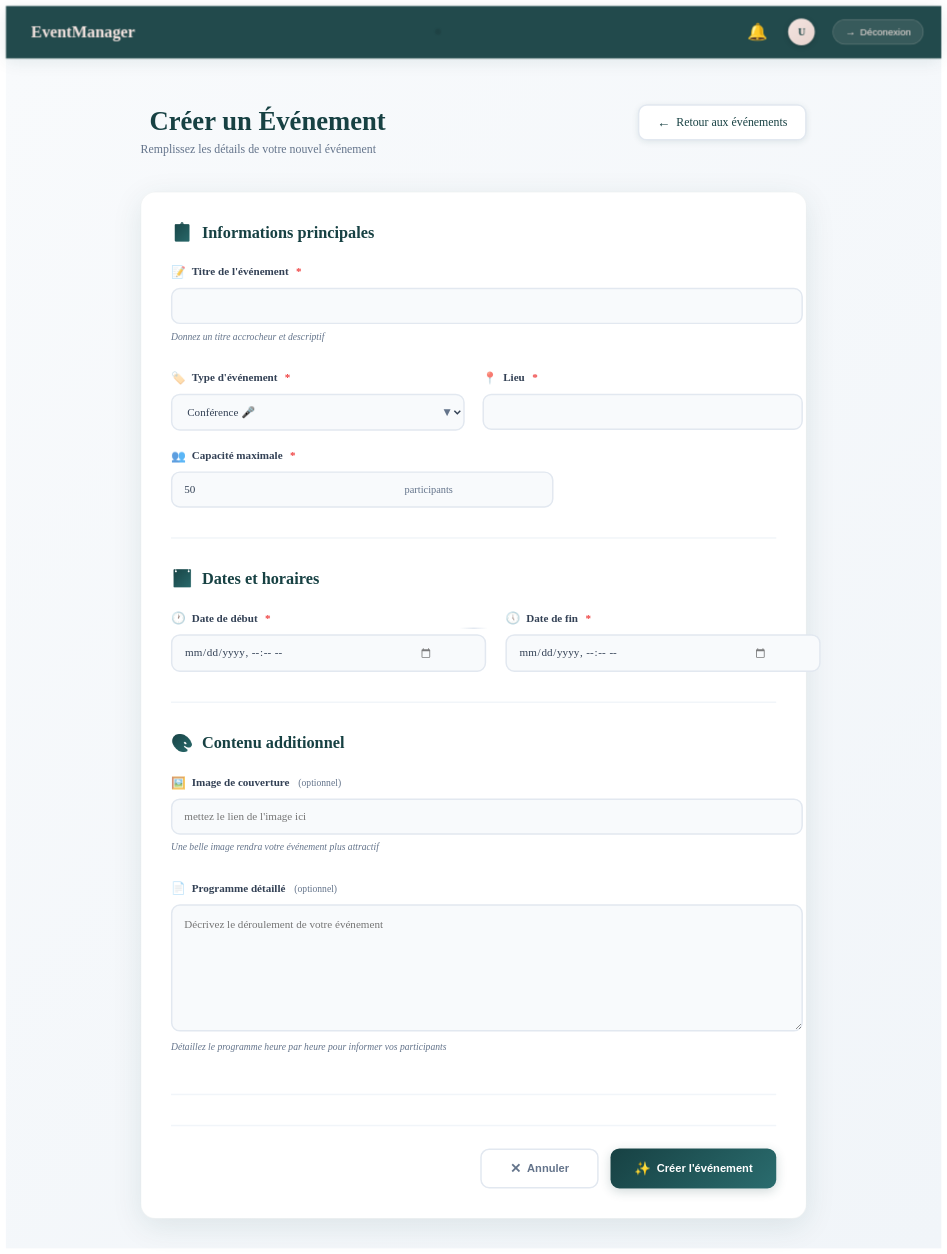
Repository: RADJA-A/DahiliRadja_Pjt_IW
Page: /organisateur/creer-evenement (app in Front/gerement/)
An editor plug-in stored every save of this project. The page is shown before and after the next save, followed by the edit.
The browser window is 1280 px wide. The pictures show the whole page, at 74% of full size.
The project was rebuilt for these pictures with package versions that can differ from the ones it lists, and the page was loaded fresh each time. Also part of the build but not shown: Front/gerement/angular.json, Front/gerement/src/app/pages/home/home.component.ts, Front/gerement/src/app/components/avantages/avantages.component.ts, Front/gerement/src/app/components/procedure/procedure.component.ts, Front/gerement/src/app/components/services/services.component.ts, Front/gerement/src/app/pages/login/login.component.ts, Front/gerement/src/app/core/services/auth.service.ts, Front/gerement/src/app/pages/signin/signin.component.ts and 9 more.

Above is the page before, as saved 2025-12-17 12:57:49.

### Front/gerement/src/index.html
<!doctype html>
<html lang="en">
<head>
  <meta charset="utf-8">
  <title>Gerement</title>
  <base href="/">
  <meta name="viewport" content="width=device-width, initial-scale=1">
   <link rel="icon" type="image/x-icon" href="1.png">
</head>
<body>


  <app-root></app-root>
</body>
</html>

### Front/gerement/src/app/app.config.ts
import { ApplicationConfig, provideZoneChangeDetection } from '@angular/core';
import { provideRouter } from '@angular/router';
import { provideHttpClient, withInterceptors } from '@angular/common/http';
import { routes } from './app.routes';
import { authInterceptor } from './interceptors/auth.interceptor'; // Notez : pas de AuthInterceptor class

export const appConfig: ApplicationConfig = {
  providers: [
    provideZoneChangeDetection({ eventCoalescing: true }),
    provideRouter(routes),
    provideHttpClient(
      withInterceptors([authInterceptor])  // Utilisez la fonction
    )
  ]
};

### Front/gerement/src/app/app.component.ts
import { Component } from '@angular/core';
import { CommonModule } from '@angular/common';
import { Router, RouterOutlet, NavigationEnd } from '@angular/router';
import { HeaderComponent } from './components/header/header.component';
import { FooterComponent } from './components/footer/footer.component';
import { NavbarComponent } from './components/navbar/navbar.component';
import { filter } from 'rxjs/operators';

@Component({
  selector: 'app-root',
  standalone: true,
  imports: [
    CommonModule,
    RouterOutlet,
    HeaderComponent,
    FooterComponent,
    NavbarComponent // ← Ajout
  ],
  templateUrl: './app.component.html',
  styleUrls: ['./app.component.css']
})
export class AppComponent {
  title = 'gerement';
  showNavbar = false;

  constructor(private router: Router) {
    // Déterminer quand afficher la navbar
    this.router.events.pipe(
      filter(event => event instanceof NavigationEnd)
    ).subscribe((event: any) => {
      const url = event.url;
      this.showNavbar = !['/', '/login', '/signin'].includes(url);
    });
  }
}

### Front/gerement/src/app/app.routes.ts
import { Routes } from '@angular/router';
import { HomeComponent } from './pages/home/home.component';
import { LoginComponent } from './pages/login/login.component';
import { SigninComponent } from './pages/signin/signin.component';

// Organisateur
import { DashboardOrganisateurComponent } from './pages/organisateur/dashboard-organisateur/dashboard-organisateur.component';
import { MesEvenementsComponent } from './pages/organisateur/mes-evenements/mes-evenements.component';
import { CreerEvenementComponent } from './pages/organisateur/creer-evenement/creer-evenement.component';
import { ParticipantsEvenementComponent } from './pages/organisateur/participants-evenement/participants-evenement.component';
import { ModifierEvenementComponent } from './pages/organisateur/modifier-evenement/modifier-evenement.component';
// Participant
import { EvenementsDisponiblesComponent } from './pages/participant/evenements-disponibles/evenements-disponibles.component';
import { MesInscriptionsComponent } from './pages/participant/mes-inscriptions/mes-inscriptions.component';
import { DetailEvenementComponent } from './pages/participant/detail-evenement/detail-evenement.component';

export const routes: Routes = [
  { path: '', component: HomeComponent },
  { path: 'login', component: LoginComponent },
  { path: 'signin', component: SigninComponent },

  // Routes Organisateur
  { path: 'organisateur/dashboard', component: DashboardOrganisateurComponent },
  { path: 'organisateur/mes-evenements', component: MesEvenementsComponent },
  { path: 'organisateur/creer-evenement', component: CreerEvenementComponent },
   { path: 'organisateur/modifier-evenement/:id', component: ModifierEvenementComponent }, // ← AJOUT

  { path: 'organisateur/participants/:id', component: ParticipantsEvenementComponent },

  // Routes Participant
  { path: 'participant/evenements', component: EvenementsDisponiblesComponent },
  { path: 'participant/mes-inscriptions', component: MesInscriptionsComponent },
  { path: 'participant/evenement/:id', component: DetailEvenementComponent },

  { path: '**', redirectTo: '' }
];

### Front/gerement/src/app/interceptors/auth.interceptor.ts
// src/app/interceptors/auth.interceptor.ts
import { HttpInterceptorFn } from '@angular/common/http';
import { inject } from '@angular/core';
import { AuthService } from '../services/auth.service';

export const authInterceptor: HttpInterceptorFn = (req, next) => {
  const authService = inject(AuthService);
  const authHeaders = authService.getAuthHeaders();

  // Si pas de headers d'auth, passer à la suite
  if (Object.keys(authHeaders).length === 0) {
    return next(req);
  }

  // Pas besoin de convertir, authHeaders est déjà un objet simple
  const authReq = req.clone({
    setHeaders: authHeaders
  });

  return next(authReq);
};

### Front/gerement/src/app/app.component.html
<app-header *ngIf="!showNavbar"></app-header>
<app-navbar *ngIf="showNavbar"></app-navbar>
<router-outlet></router-outlet>
<app-footer *ngIf="!showNavbar"></app-footer>

### Front/gerement/src/app/components/header/header.component.ts
import { Component } from '@angular/core';
import { Router, RouterModule } from '@angular/router';

@Component({
  selector: 'app-header',
  standalone: true,
  imports: [RouterModule],
  templateUrl: './header.component.html',
  styleUrls: ['./header.component.css']
})
export class HeaderComponent {
  constructor(private router: Router) {}

  navigateToLogin() {
    this.router.navigate(['/login']);
  }

  navigateToSignin() {
    this.router.navigate(['/signin']);
  }

}

### Front/gerement/src/app/components/navbar/navbar.component.ts
import { Component, OnInit } from '@angular/core';
import { Router, RouterModule } from '@angular/router';
import { CommonModule } from '@angular/common';
import { NotificationsComponent } from '../notifications/notifications.component';
import { NotificationService } from '../../services/notification.service';

@Component({
  selector: 'app-navbar',
  imports: [CommonModule, NotificationsComponent, RouterModule],
  templateUrl: './navbar.component.html',
  styleUrls: ['./navbar.component.css']
})
export class NavbarComponent implements OnInit {
  user: any;
  notificationsCount = 0;
  showNotifications = false;

  constructor(
    private router: Router,
    private notificationService: NotificationService
  ) {}

  ngOnInit() {
    this.loadUser();
  }

  loadUser() {
    const userStr = localStorage.getItem('user');
    if (userStr) {
      this.user = JSON.parse(userStr);
      this.loadNotificationsCount();
    }
  }

  loadNotificationsCount() {
    this.notificationService.getNotificationsNonLues(this.user.id).subscribe(
      (notifications) => {
        this.notificationsCount = notifications.length;
      }
    );
  }

  toggleNotifications() {
    this.showNotifications = !this.showNotifications;
  }

  logout() {
    localStorage.removeItem('user');
    this.router.navigate(['/login']);
  }

  isOrganisateur(): boolean {
    const role = this.user?.role;
    return role === 'ORGANIZER' || role === 'ADMIN';
  }

  isParticipant(): boolean {
    const role = this.user?.role;
    return role === 'PARTICIPANT';
  }

  getUserInitials(): string {
    if (!this.user) return 'U';
    const first = this.user.prenom?.[0] || '';
    const last = this.user.nom?.[0] || '';
    return (first + last).toUpperCase() || 'U';
  }

  getUserRole(): string {
    if (!this.user) return '';
    const roles: { [key: string]: string } = {
      'ORGANIZER': 'Organisateur',
      'ADMIN': 'Administrateur',
      'PARTICIPANT': 'Participant'
    };
    return roles[this.user.role] || this.user.role;
  }
}

### Front/gerement/src/app/components/header/header.component.html
<div id="logindiv">
  <nav>
    <h1>Gerement</h1>
    <ul class="liste">
      <li><a href="#avantages">Avantages</a></li>
      <li><a href="#services">Nos services</a></li>
      <li><a href="#procedure">Procedure</a></li>
    </ul>

    <!-- Wrap the buttons -->
    <div class="button-group">
      <button id="connectbtn" (click)="navigateToLogin()">Se connecter</button>
      <button id="signinbtn" (click)="navigateToSignin()">S'inscrire</button>
    </div>
  </nav>
</div>

### Front/gerement/src/app/components/header/header.component.css
*{
    font-family: DM sans-serif ;
}


body::-webkit-scrollbar {
    width : 10px;
}

body::-webkit-scrollbar-track {
    background :#174143;
}

body::-webkit-scrollbar-thumb {
    background-color :#F5E5E1;
    border-radius: 10px 10px ;
}


nav {
    display: flex;
    justify-content: space-between; /* h1 left, everything else right */
    align-items: center;
    padding: 0 20px;
}

.button-group {
    display: flex;
    gap: 10px; /* space between the two buttons */
}


nav h1 {
    color: #174143;
    margin: 0;
}

nav ul {
    display: flex;
    list-style: none;
    margin: 0;
    padding: 0;
    gap: 30px;
    align-items: center;
    font-size: 20px;
}

nav ul li {
    margin: 0;
    padding: 0;
}

nav ul li a {
    text-decoration: none;
    color: black;
    line-height: 1;
    display: flex;
    align-items: center;
}

nav ul li a:hover{
    font-weight: bold;
}


button{
    border: none;
    border-radius: 50px;
     background-color:  #174143;
    color: white;
    height : 48px;
    width : 134px;
    font-size: 19px;
}

button:hover{
    cursor: pointer;
    transition : 0.2s ease-in-out  ;
    background-color:  #F5E5E1;
    color:  #174143;
}

### Front/gerement/src/app/components/footer/footer.component.html
<footer class="custom-footer">
  <div class="footer-section">
    <p>Université d'alger 1</p>
    <p>Alger centre</p>
    <p>Alger, Algerie</p>
  </div>



  <div class="footer-bottom">
    <p>Gerement™</p>
    <p>© 2025 All Rights Reserved</p>
  </div>
</footer>

### Front/gerement/src/app/components/footer/footer.component.css
.custom-footer {
  background: #174143;
  padding: 30px;
  text-align: center;
  color: #F5E5E1;
  font-family: Arial, sans-serif;
  border-top: 1px solid #ddd;
}


.footer-bottom {
  margin-top: 15px;
  font-size: 13px;
  color: #d7beb8;
}

### Front/gerement/src/app/components/navbar/navbar.component.html
<nav class="navbar">
  <div class="navbar-container">
    <!-- Brand -->
    <div class="navbar-brand">
      <div class="brand-content">
        <span class="brand-icon"></span>
        <h2>Event<span class="highlight">Manager</span></h2>
      </div>
    </div>

    <!-- Menu -->
    <div class="navbar-menu">
      <ng-container *ngIf="isOrganisateur()">
        <a [routerLink]="['/organisateur/dashboard']"
           routerLinkActive="active"
           class="menu-link">
          <span class="link-icon"></span>
          Dashboard
        </a>
        <a [routerLink]="['/organisateur/mes-evenements']"
           routerLinkActive="active"
           class="menu-link">
          <span class="link-icon">📅</span>
          Mes Événements
        </a>
        <a [routerLink]="['/organisateur/creer-evenement']"
           routerLinkActive="active"
           class="menu-link create-btn">
          <span class="link-icon">+</span>
          Créer
        </a>
      </ng-container>

      <ng-container *ngIf="isParticipant()">
        <a [routerLink]="['/participant/evenements']"
           routerLinkActive="active"
           class="menu-link">
          <span class="link-icon">🎪</span>
          Événements
        </a>
        <a [routerLink]="['/participant/mes-inscriptions']"
           routerLinkActive="active"
           class="menu-link">
          <span class="link-icon">📋</span>
          Mes Inscriptions
        </a>
      </ng-container>
    </div>

    <!-- Actions -->
    <div class="navbar-actions">
      <!-- Notifications -->
      <div class="notification-container" (click)="toggleNotifications()">
        <div class="notification-icon" [class.has-notif]="notificationsCount > 0">
          🔔
          <span class="notification-badge" *ngIf="notificationsCount > 0">
            {{ notificationsCount }}
          </span>
        </div>
      </div>

      <!-- User -->
      <div class="user-container">
        <div class="user-avatar">
          {{ getUserInitials() }}
        </div>
        <div class="user-info">
          <span class="user-name">{{ user?.prenom }} {{ user?.nom }}</span>
          <span class="user-role">{{ getUserRole() }}</span>
        </div>
        <button class="logout-btn" (click)="logout()">
          <span class="logout-icon">→</span>
          Déconexion
        </button>
      </div>
    </div>
  </div>

  <!-- Notifications Panel -->
  <app-notifications *ngIf="showNotifications" [userId]="user?.id"></app-notifications>
</nav>

### Front/gerement/src/app/pages/organisateur/creer-evenement/creer-evenement.component.css
.creer-evenement {
  min-height: calc(100vh - 80px);
  padding: 40px 0;
  background: linear-gradient(135deg, #f8fafc 0%, #f1f5f9 100%);
}

.container {
  max-width: 900px;
  margin: 0 auto;
  padding: 0 20px;
}

/* En-tête */
.page-header {
  margin-bottom: 48px;
}

.header-content {
  display: flex;
  justify-content: space-between;
  align-items: center;
  flex-wrap: wrap;
  gap: 20px;
}

.header-text h1 {
  color: #174143;
  font-size: 36px;
  font-weight: 700;
  margin-bottom: 8px;
  display: flex;
  align-items: center;
  gap: 12px;
}

.header-icon {
  font-size: 32px;
  animation: sparkle 2s infinite;
}

@keyframes sparkle {
  0%, 100% { opacity: 1; }
  50% { opacity: 0.7; }
}

.subtitle {
  color: #64748b;
  font-size: 16px;
  font-weight: 400;
  margin: 0;
}

.btn-back {
  display: inline-flex;
  align-items: center;
  gap: 8px;
  padding: 12px 24px;
  background: white;
  color: #174143;
  text-decoration: none;
  border-radius: 12px;
  font-weight: 500;
  border: 2px solid #e2e8f0;
  transition: all 0.3s ease;
  box-shadow: 0 2px 8px rgba(23, 65, 67, 0.1);
}

.btn-back:hover {
  border-color: #174143;
  transform: translateY(-2px);
  box-shadow: 0 4px 12px rgba(23, 65, 67, 0.15);
}

.btn-icon {
  font-size: 18px;
}

/* Formulaire */
.form-wrapper {
  background: white;
  border-radius: 20px;
  padding: 40px;
  box-shadow: 0 10px 40px rgba(23, 65, 67, 0.1);
  border: 1px solid rgba(23, 65, 67, 0.05);
}

.form-section {
  margin-bottom: 40px;
  padding-bottom: 40px;
  border-bottom: 2px solid #f1f5f9;
}

.form-section:last-child {
  border-bottom: none;
  margin-bottom: 0;
  padding-bottom: 0;
}

.section-header {
  display: flex;
  align-items: center;
  gap: 12px;
  margin-bottom: 30px;
}

.section-header h3 {
  color: #174143;
  font-size: 22px;
  font-weight: 600;
  margin: 0;
}

.section-icon {
  font-size: 24px;
  background: linear-gradient(135deg, #174143 0%, #2a6c6e 100%);
  -webkit-background-clip: text;
  -webkit-text-fill-color: transparent;
}

/* Grille */
.form-grid,
.date-container,
.content-grid {
  display: grid;
  gap: 24px;
}

.form-grid {
  grid-template-columns: repeat(2, 1fr);
}

.date-container {
  grid-template-columns: 1fr auto 1fr;
  align-items: end;
}

.content-grid {
  grid-template-columns: 1fr;
}

.full-width {
  grid-column: 1 / -1;
}

/* Labels */
.form-label {
  display: flex;
  align-items: center;
  gap: 8px;
  color: #334155;
  font-weight: 600;
  margin-bottom: 12px;
  font-size: 15px;
}

.label-icon {
  font-size: 16px;
  opacity: 0.7;
}

.required {
  color: #ef4444;
  margin-left: 2px;
  font-weight: 700;
}

.optional {
  color: #64748b;
  font-size: 13px;
  font-weight: normal;
  margin-left: 4px;
}

/* Inputs */
.form-input,
.form-select,
.form-textarea {
  width: 100%;
  padding: 14px 16px;
  border: 2px solid #e2e8f0;
  border-radius: 12px;
  font-size: 15px;
  color: #334155;
  background: #f8fafc;
  transition: all 0.3s ease;
  font-family: inherit;
}

.form-input:focus,
.form-select:focus,
.form-textarea:focus {
  outline: none;
  border-color: #174143;
  background: white;
  box-shadow: 0 0 0 4px rgba(23, 65, 67, 0.1);
}

.form-textarea {
  resize: vertical;
  min-height: 140px;
  line-height: 1.5;
}

.input-hint {
  color: #64748b;
  font-size: 13px;
  margin-top: 8px;
  font-style: italic;
  line-height: 1.4;
}

/* Select */
.select-container {
  position: relative;
}

.select-arrow {
  position: absolute;
  right: 16px;
  top: 50%;
  transform: translateY(-50%);
  color: #64748b;
  pointer-events: none;
}

/* Number input */
.number-container {
  position: relative;
}

.number-input {
  padding-right: 100px;
}

.input-suffix {
  position: absolute;
  right: 16px;
  top: 50%;
  transform: translateY(-50%);
  color: #64748b;
  font-size: 14px;
  pointer-events: none;
}

/* Dates */
.date-group {
  position: relative;
}

.datetime-input-container {
  position: relative;
}

.datetime-input {
  padding-right: 40px;
}

.datetime-input::-webkit-calendar-picker-indicator {
  position: absolute;
  right: 12px;
  top: 50%;
  transform: translateY(-50%);
  cursor: pointer;
  opacity: 0.5;
  transition: opacity 0.3s ease;
}

.datetime-input::-webkit-calendar-picker-indicator:hover {
  opacity: 1;
}

.date-separator {
  display: flex;
  flex-direction: column;
  align-items: center;
  justify-content: center;
  padding-bottom: 32px;
}

.separator-line {
  width: 100%;
  height: 2px;
  background: linear-gradient(90deg, transparent, #e2e8f0, transparent);
  margin: 10px 0;
}

.separator-text {
  color: #94a3b8;
  font-weight: 500;
  padding: 0 16px;
  background: white;
  font-size: 14px;
}

/* Image preview */
.image-preview {
  margin-top: 16px;
  border-radius: 12px;
  overflow: hidden;
  border: 2px solid #e2e8f0;
  max-width: 300px;
  box-shadow: 0 4px 12px rgba(0, 0, 0, 0.05);
}

.image-preview img {
  width: 100%;
  height: auto;
  display: block;
  transition: transform 0.3s ease;
}

.image-preview img:hover {
  transform: scale(1.02);
}

/* Actions */
.form-actions {
  display: flex;
  justify-content: flex-end;
  gap: 16px;
  margin-top: 40px;
  padding-top: 30px;
  border-top: 2px solid #f1f5f9;
}

.btn {
  padding: 14px 32px;
  border-radius: 12px;
  font-weight: 600;
  font-size: 15px;
  cursor: pointer;
  transition: all 0.3s ease;
  border: none;
  display: inline-flex;
  align-items: center;
  justify-content: center;
  gap: 8px;
  min-width: 160px;
}

.btn:disabled {
  opacity: 0.6;
  cursor: not-allowed;
  transform: none !important;
}

.btn-secondary {
  background: white;
  color: #64748b;
  border: 2px solid #e2e8f0;
}

.btn-secondary:hover:not(:disabled) {
  background: #f8fafc;
  border-color: #cbd5e1;
  transform: translateY(-2px);
}

.btn-primary {
  background: linear-gradient(135deg, #174143 0%, #2a6c6e 100%);
  color: white;
  box-shadow: 0 4px 15px rgba(23, 65, 67, 0.2);
  position: relative;
  overflow: hidden;
}

.btn-primary::before {
  content: '';
  position: absolute;
  top: 0;
  left: -100%;
  width: 100%;
  height: 100%;
  background: linear-gradient(90deg, transparent, rgba(255, 255, 255, 0.2), transparent);
  transition: left 0.5s;
}

.btn-primary:hover:not(:disabled) {
  transform: translateY(-2px);
  box-shadow: 0 6px 20px rgba(23, 65, 67, 0.3);
}

.btn-primary:hover:not(:disabled)::before {
  left: 100%;
}

.btn-content {
  display: flex;
  align-items: center;
  gap: 8px;
  position: relative;
  z-index: 1;
}

/* Spinner */
.spinner {
  width: 18px;
  height: 18px;
  border: 2px solid rgba(255, 255, 255, 0.3);
  border-radius: 50%;
  border-top-color: white;
  animation: spin 1s ease-in-out infinite;
}

@keyframes spin {
  to { transform: rotate(360deg); }
}

/* Responsive */
@media (max-width: 768px) {
  .container {
    padding: 0 16px;
  }

  .form-wrapper {
    padding: 24px;
    border-radius: 16px;
  }

  .form-grid {
    grid-template-columns: 1fr;
  }

  .date-container {
    grid-template-columns: 1fr;
    gap: 20px;
  }

  .date-separator {
    padding: 10px 0;
  }

  .header-content {
    flex-direction: column;
    align-items: stretch;
    text-align: center;
  }

  .header-text h1 {
    font-size: 28px;
    justify-content: center;
  }

  .form-actions {
    flex-direction: column;
  }

  .btn {
    width: 100%;
  }

  .section-header h3 {
    font-size: 20px;
  }
}

Loaded but not shown: Front/gerement/src/styles.css (common file); Front/gerement/src/main.ts (common file); Front/gerement/src/app/components/footer/footer.component.ts (common file); Front/gerement/src/app/services/notification.service.ts (331 lines, source omitted); Front/gerement/src/app/pages/organisateur/creer-evenement/creer-evenement.component.html (216 lines, source omitted); Front/gerement/src/app/services/auth.service.ts (236 lines, source omitted); Front/gerement/src/app/components/navbar/navbar.component.css (253 lines, source omitted); Front/gerement/src/app/pages/organisateur/creer-evenement/creer-evenement.component.ts (120 lines, source omitted); Front/gerement/src/app/services/evenement.service.ts (103 lines, source omitted); Front/gerement/src/app/app.component.css (no stored copy; drawn as an empty file)

After the next save:
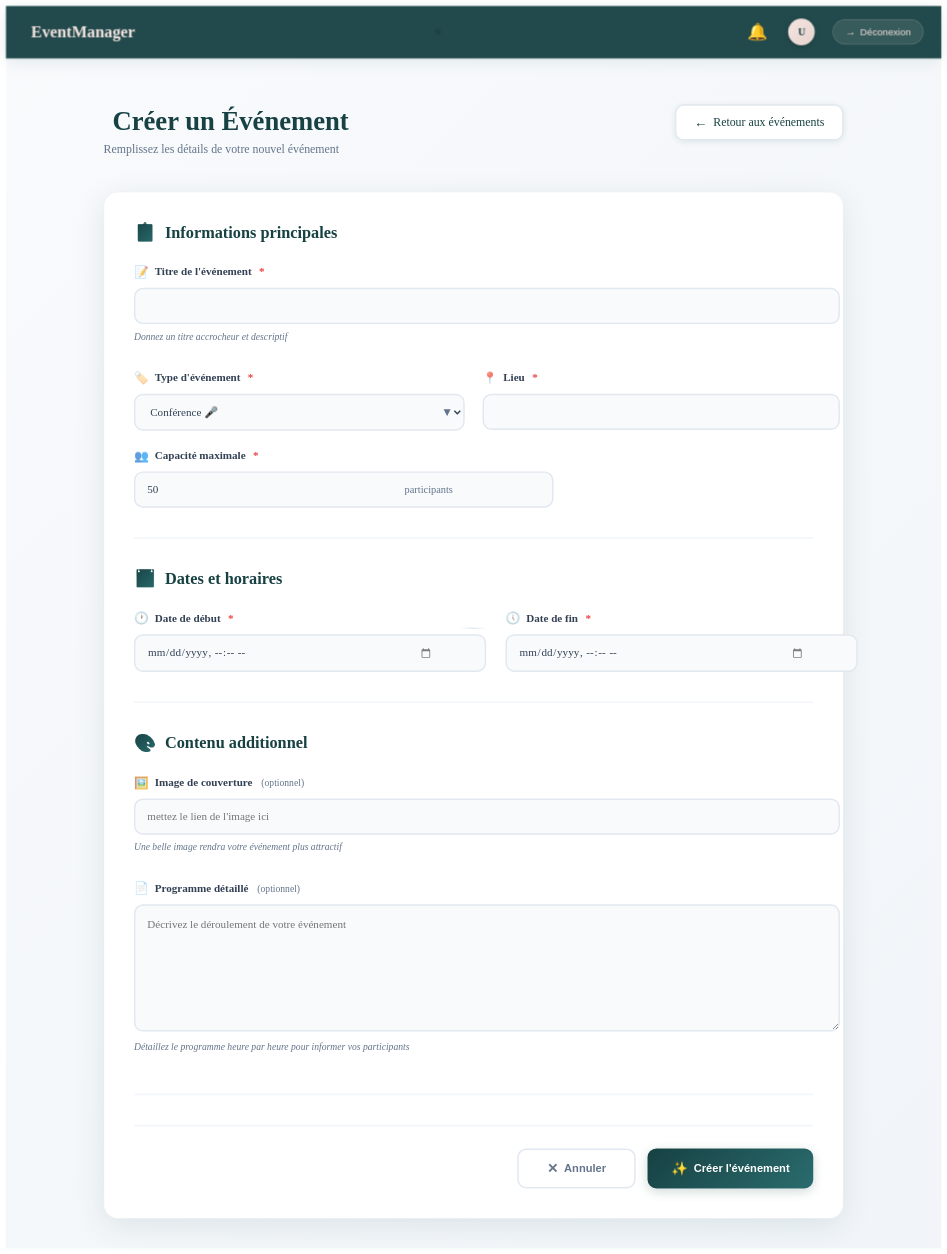
Saved 15 s later.
--- a/Front/gerement/src/app/pages/organisateur/creer-evenement/creer-evenement.component.css
+++ b/Front/gerement/src/app/pages/organisateur/creer-evenement/creer-evenement.component.css
@@ -5,7 +5,7 @@
 }
 
 .container {
-  max-width: 900px;
+  max-width: 1000px;
   margin: 0 auto;
   padding: 0 20px;
 }
